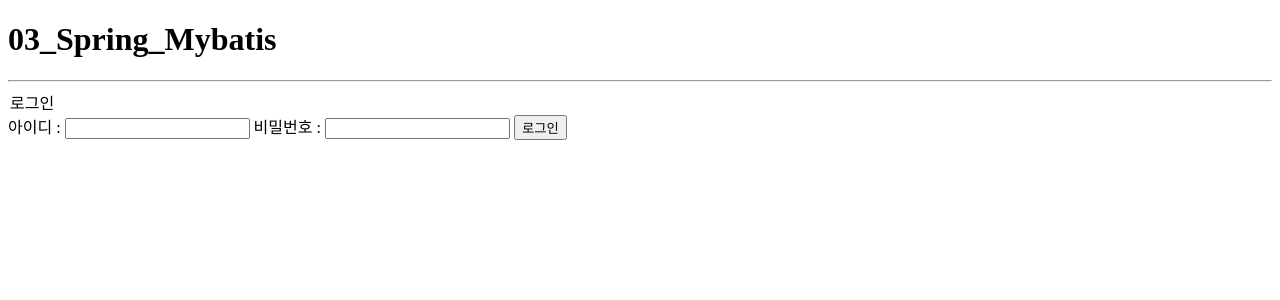
Repository: loseminho/khAcademy-Study
Page: http://localhost/03_Spring_Mybatis/
The author's editor kept a copy of each file at every save. The page is drawn from the files as they stood at one save, then again after the next save.
The browser window is 1280 px wide. The pictures show the whole page.
The page is served by Tomcat 9.

Above is the page before, as saved 2022-10-06 06:11:08.

After the next save:
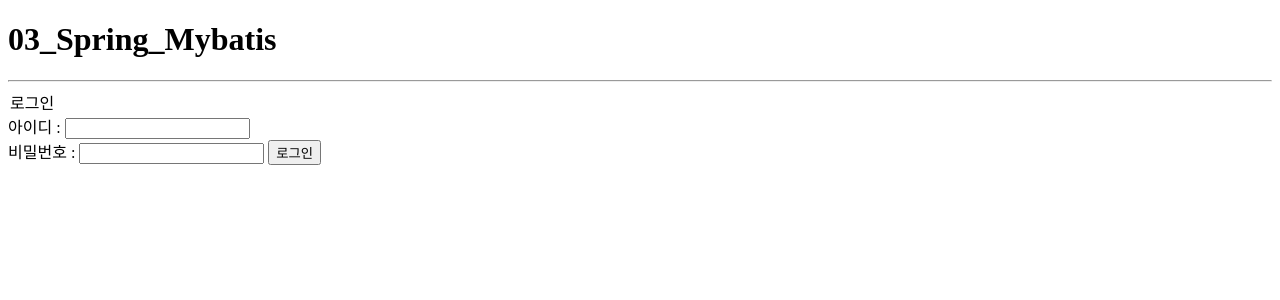
Saved 21 s later.
--- a/spring/workspace-sts-3.9.13.RELEASE/03_Spring_Mybatis/src/main/webapp/index.jsp
+++ b/spring/workspace-sts-3.9.13.RELEASE/03_Spring_Mybatis/src/main/webapp/index.jsp
@@ -15,7 +15,7 @@
 			<form action="/login.do" method="post">
 				<filedset>
 					<legend>로그인</legend>
-					아이디 : <input type="text" name="memberId">
+					아이디 : <input type="text" name="memberId"><br>
 					비밀번호 : <input type="password" name="memberPw">
 					<input type="submit" value="로그인">
 				</filedset>
